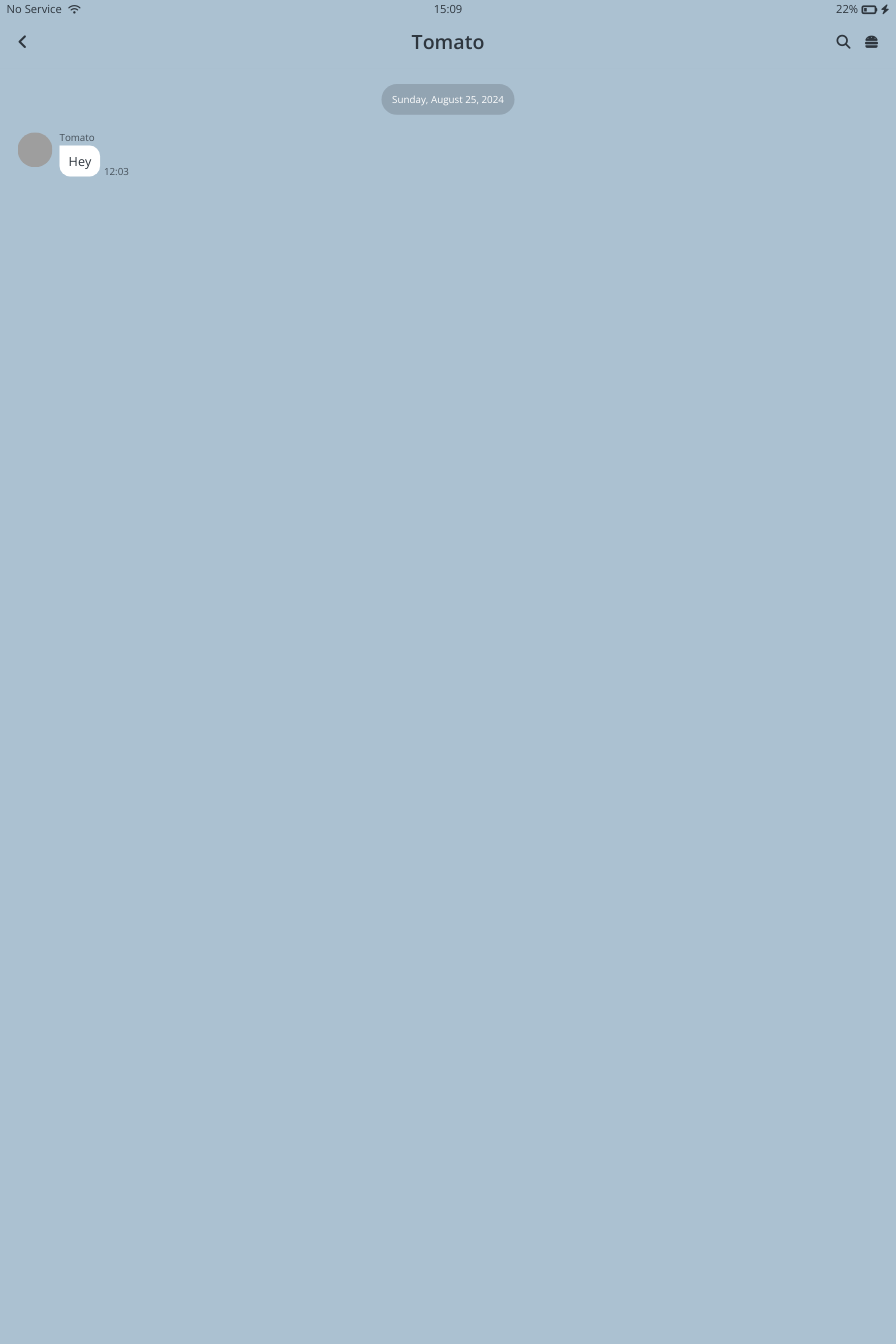
Repository: mjey14/kokoa-clone-2024-08
Page: chat.html
The author's editor kept a copy of each file at every save. The page is drawn from the files as they stood at one save, then again after the next save.
The browser window is 1280 px wide. The pictures show the part of the page from y = 0 to 1920 px (the page is 79320 px tall), at 70% of full size.
Pictures or frames that could not be fetched are drawn as grey boxes. Some web libraries are served in a nearby version.

Above is the page before, as saved 2024-08-25 20:56:50.

### chat.html
<!DOCTYPE html>
<html lang="en">
  <head>
    <link rel="stylesheet" href="css/styles.css" />
    <meta charset="UTF-8" />
    <meta name="viewport" content="width=device-width, initial-scale=1.0" />
    <title>Chat w/ Tomato - KokoaClone</title>
  </head>
  <body id="chat-screen">
    <div class="status-bar" id="chat-screen__status-bar">
      <div class="status-bar__column">
        <span>No Service</span>
        <i class="fa-solid fa-wifi fa-sm"></i>
      </div>
      <div class="status-bar__column">
        <span>15:09</span>
      </div>
      <div class="status-bar__column">
        <span>22%</span>
        <i class="fa-solid fa-battery-quarter fa-lg"></i>
        <i class="fa-solid fa-bolt fa-sm"></i>
      </div>
    </div>

    <header class="alt-header">
      <div class="alt-header__column">
        <a href="chats.html"><i class="fa-solid fa-angle-left fa-xl"></i></a>
      </div>
      <div class="alt-header__column">
        <h1 class="alt-header__title">Tomato</h1>
      </div>
      <div class="alt-header__column">
        <span><i class="fa-solid fa-magnifying-glass fa-lg"></i></span>
        <span><i class="fa-solid fa-burger fa-lg"></i></span>
      </div>
    </header>

    <main class="main-screen main-chat">
      <div class="chat__timestamp">Sunday, August 25, 2024</div>
      <div class="message-row">
        <img
          src="https://www.heddensofwoodtown.co.uk/wp-content/uploads/2020/05/tomatoes_opt.jpg"
        />
        <div class="message-row__content">
          <span class="message__author">Tomato</span>
          <div class="message__info">
            <span class="message__bubble">Hey</span>
            <span class="message__time">12:03</span>
          </div>
        </div>
      </div>
    </main>

    <script
      src="https://kit.fontawesome.com/2eddee84de.js"
      crossorigin="anonymous"
    ></script>
  </body>
</html>

### css/styles.css
@import url("https://fonts.googleapis.com/css2?family=Open+Sans:ital,wght@0,300..800;1,300..800&display=swap");
@import "reset.css";
@import "variables.css";

/* Components */
@import "components/status-bar.css";
@import "components/nav-bar.css";
@import "components/screen-header.css";
@import "components/user-component.css";
@import "components/badge.css";
@import "components/icon-row.css";
@import "components/alt-screen-header.css";

/* Screens */
@import "screens/login.css";
@import "screens/friends.css";
@import "screens/find.css";
@import "screens/more.css";
@import "screens/settings.css";
@import "screens/chat.css";

body {
  font-family: "Open Sans", sans-serif;
  color: #2e363e;
}

.main-screen {
  padding: 0px var(--horizontal-space);
}

### css/components/status-bar.css
.status-bar {
  display: flex;
  justify-content: center;
  padding: 5px 3px;
  position: fixed;
  top: 0px;
  width: 100%;
  box-sizing: content-box;
}

.status-bar__column {
  width: 33%;
}

.status-bar__column:first-child span {
  margin-right: 5px;
}

.status-bar__column:nth-child(2) {
  display: flex;
  justify-content: center;
}

.status-bar__column:last-child {
  display: flex;
  justify-content: flex-end;
  align-items: center;
}

.status-bar__column .fa-battery-quarter {
  margin: 0px 5px;
}

### css/components/nav-bar.css
.nav {
  position: fixed;
  bottom: 0px;
  width: 100%;
  background-color: #f9f9fa;
  padding: 20px 50px;
  box-sizing: border-box;
  border-top: var(--main-border);
}

.nav__list {
  display: flex;
  justify-content: space-between;
}

.nav__link {
  color: #2e363e;
  position: relative;
}

.nav__notification {
  position: absolute;
  left: 20px;
  bottom: 15px;
}

.nav__newbadge {
  background-color: tomato;
  width: 5px;
  height: 5px;
  border-radius: 50%;
  display: flex;
  justify-content: center;
  align-items: center;
  position: absolute;
  left: 30px;
  bottom: 30px;
}

### css/components/screen-header.css
.screen-header {
  display: flex;
  justify-content: space-between;
  align-items: center;
  padding: var(--horizontal-space);
  margin-top: 20px;
  margin-bottom: 15px;
}

.screen-header__title {
  font-size: 32px;
  font-weight: 600;
}

.screen-header__icons span {
  margin-left: 25px;
}

.screen-header__icons {
  position: relative;
}

.screen-header__newbadge {
  background-color: tomato;
  width: 5px;
  height: 5px;
  border-radius: 50%;
  display: flex;
  justify-content: center;
  align-items: center;
  position: absolute;
  right: -5px;
  top: -5px;
}

### css/components/user-component.css
.user-component {
  justify-content: space-between;
  margin-bottom: 25px;
}

.user-component,
.user-component__column:first-child {
  display: flex;
  align-items: center;
}

.user-component__avatar {
  width: 70px;
  height: 70px;
  border: 1px solid rgba(0, 0, 0, 0.1);
  border-radius: 27px;
  margin-right: 20px;
}

.user-component__title {
  font-weight: 600;
  font-size: 22px;
}

.user-component__subtitle {
  margin-top: 8px;
  font-size: 17px;
  color: var(--gray);
}

.user-component__subtitle i {
  color: var(--gray);
  margin-left: 2px;
}

.user-component__avatar--xl {
  width: 80px;
  height: 80px;
}

.user-component__avatar--sm {
  width: 60px;
  height: 60px;
  border-radius: 25px;
}

.user-component__title--not-bold {
  font-weight: 400;
}

.user-component__column:last-child {
  color: var(--gray);
  display: flex;
  flex-direction: column;
  align-items: end;
}

.user-component__time {
  margin-bottom: 5px;
  display: block;
}

### css/components/badge.css
.badge {
  background-color: tomato;
  color: white;
  font-weight: 600;
  width: 25px;
  height: 25px;
  border-radius: 50%;
  display: flex;
  justify-content: center;
  align-items: center;
}

### css/components/alt-screen-header.css
.alt-header {
  padding: var(--horizontal-space);
  margin-top: 20px;
  margin-bottom: 15px;
  display: flex;
  align-items: center;
  justify-content: center;
}

.alt-header__column {
  width: 33%;
}

.alt-header__title {
  font-size: 28px;
  font-weight: 600;
}

.alt-header__column:first-child {
  margin-right: auto;
}

.alt-header__column:nth-child(2) {
  text-align: center;
}

.alt-header__column:last-child {
  margin-left: auto;
  display: flex;
  justify-content: flex-end;
}

.alt-header__column span:last-child {
  margin-left: 20px;
}

### css/screens/login.css
.welcome-header {
  margin: 90px 0px;
  text-align: center;
  display: flex;
  flex-direction: column;
  align-items: center;
}

.welcome-header__title {
  margin-bottom: 20px;
  font-size: 25px;
}

.welcome-header__text {
  width: 60%;
  opacity: 0.7;
}

#login-form {
  display: flex;
  flex-direction: column;
  margin: 0px 30px;
}

#login-form input {
  border: none;
  padding: 15px 0px;
  font-size: 18px;
  margin-bottom: 25px;
}

#login-form input:not([type="submit"]) {
  border-bottom: 1px solid rgba(0, 0, 0, 0.2);
  transition: border-color 0.3s ease-in-out;
}

#login-form input::placeholder {
  color: rgba(0, 0, 0, 0.4);
}

#login-form input:focus {
  border-color: var(--yellow);
}

#login-form input[type="submit"] {
  background-color: var(--yellow);
  cursor: pointer;
  padding: 15px 0px;
  border-radius: 5px;
}

#login-form a {
  text-align: center;
  text-decoration: none;
  color: inherit;
  font-size: 13px;
}

### css/screens/friends.css
#friends-display-link {
  text-align: center;
  display: block;
  background-color: #fafafa;
  padding: 15px 0px;
  font-size: 18px;
  margin-bottom: 25px;
  margin-top: -10px;
}

#friends-display-link i {
  color: rgba(0, 0, 0, 0.3);
}

.friends-screen {
  padding: 0px var(--horizontal-space);
}

.friends-screen__channel {
  border-top: var(--main-border);
  padding-top: 25px;
}

.friends-screen__channel-header {
  margin-bottom: 25px;
  display: flex;
  justify-content: space-between;
  color: var(--gray);
  font-size: 14px;
}

### css/screens/find.css
.recommended-friends {
  margin: 25px 0px;
  padding: 25px 0px;
  border-top: var(--main-border);
  border-bottom: var(--main-border);
}

.recommended-friends__title {
  font-size: 14px;
  color: var(--gray);
}

.recommended-friends span {
  display: block;
  margin: 100px 0px;
  text-align: center;
  font-size: 16px;
  color: var(--gray);
}

.open-chat__header {
  display: flex;
  justify-content: space-between;
  font-size: 14px;
  color: var(--gray);
  margin-bottom: 25px;
}

.open-chat__header span {
  opacity: 0.8;
}

.open-post {
  display: flex;
  justify-content: space-between;
  align-items: center;
}

.open-post__title {
  font-weight: 600;
  margin-bottom: 10px;
}

.open-post__hashtags {
  text-transform: uppercase;
  color: var(--gray);
}

.open-post__members {
  margin-top: 7px;
  display: flex;
  align-items: center;
}

.open-post__members img {
  width: 15px;
  height: 15px;
  border-radius: 50%;
  margin-right: 5px;
}

.open-post__members-count {
  color: var(--gray);
  font-size: 14px;
}

.open-post__members .divider {
  width: 1px;
  height: 12px;
  margin: 0px 5px;
  background-color: var(--gray);
}

.open-post__members-status {
  color: #ffb0e0;
}

.open-post__photo {
  position: relative;
}

.open-post__photo img {
  width: 120px;
  height: 120px;
  border-radius: 10px;
}

.open-post__heart-count {
  background-color: rgba(0, 0, 0, 0.5);
  color: white;
  padding: 5px;
  border-radius: 20px;
  display: flex;
  align-items: center;
  position: absolute;
  bottom: 10px;
  right: 10px;
  font-size: 14px;
}

.open-post__heart-count span {
  margin-left: 5px;
  margin-right: 2px;
}

### css/screens/more.css
.more-screen .icon-row {
  margin-bottom: 40px;
}

.more-suggestions {
  margin-top: 50px;
  border-top: var(--main-border);
  padding-top: 40px;
}

.more-suggestions__title {
  margin-bottom: 30px;
}

.more-suggestions__icons {
  display: flex;
}

.more-suggestions__icon {
  margin-right: 30px;
  display: flex;
  flex-direction: column;
  align-items: center;
}

.more-suggestions__icon-image {
  width: 60px;
  height: 60px;
  background-color: var(--yellow);
  border-radius: 10px;
  display: flex;
  justify-content: center;
  align-items: center;
  margin-bottom: 10px;
}

.more-suggestions__icon-image i {
  font-size: 32px;
  color: white;
}

### css/screens/settings.css
.settings__setting {
  padding: 20px 0px;
  border-bottom: 1px solid rgba(0, 0, 0, 0.1);
  font-size: 18px;
  display: flex;
  align-items: center;
  justify-content: space-between;
}

.settings__setting i {
  opacity: 0.8;
  margin-right: 20px;
  font-size: 20px;
}

.settings__setting-column:last-child {
  opacity: 0.7;
}

### css/screens/chat.css
#chat-screen {
  background-color: #abc1d1;
  height: 11000vh;
}

#chat-screen .alt-header,
#chat-screen .status-bar {
  top: 0;
  position: fixed;
  width: 100%;
  background-color: #abc1d1;
  box-sizing: border-box;
}

#chat-screen .status-bar {
  z-index: 2;
}

#chat-screen__status-bar {
  background-color: #abc1d1;
}

#chat-screen .alt-header {
  position: fixed;
  width: 100%;
  top: 0;
  box-sizing: border-box;
  background-color: #abc1d1;
  z-index: 1;
}

.main-chat {
  margin-top: 150px;
}

.main-chat {
  margin-top: 120px;
  display: flex;
  flex-direction: column;
  align-items: center;
}

.chat__timestamp {
  color: white;
  background-color: #92a4b2;
  padding: 15px;
  font-size: 14px;
  border-radius: 25px;
  margin-bottom: 25px;
}

.message-row {
  width: 100%;
  display: flex;
}

.message-row img {
  width: 50px;
  height: 50px;
  border-radius: 50%;
  margin-right: 10px;
}

.message__author {
  margin-bottom: 5px;
  display: block;
}

.message__info {
  display: flex;
  align-items: flex-end;
}

.message__bubble {
  background-color: white;
  padding: 13px;
  font-size: 18px;
  border-radius: 15px;
  border-top-left-radius: 0px;
  margin-right: 5px;
}

.message__time,
.message__author {
  opacity: 0.8;
  font-size: 14px;
}

Loaded but not shown: css/reset.css (common file); css/variables.css (common file); css/components/icon-row.css (common file)

After the next save:
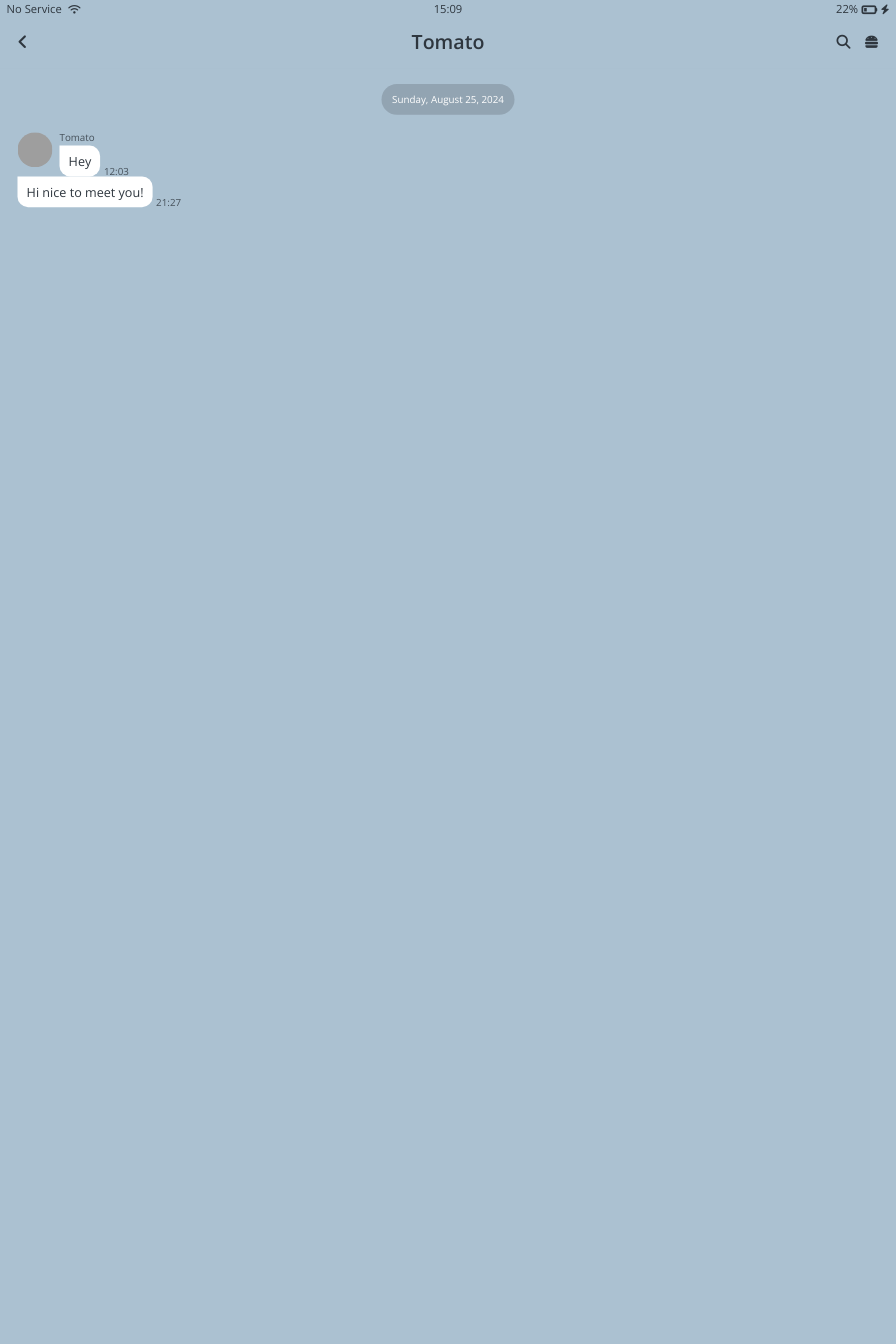
Saved 49 s later.
--- a/chat.html
+++ b/chat.html
@@ -49,6 +49,14 @@
           </div>
         </div>
       </div>
+      <div class="message-row message-row--own">
+        <div class="message-row__content">
+          <div class="message__info">
+            <span class="message__bubble">Hi nice to meet you!</span>
+            <span class="message__time">21:27</span>
+          </div>
+        </div>
+      </div>
     </main>
 
     <script
